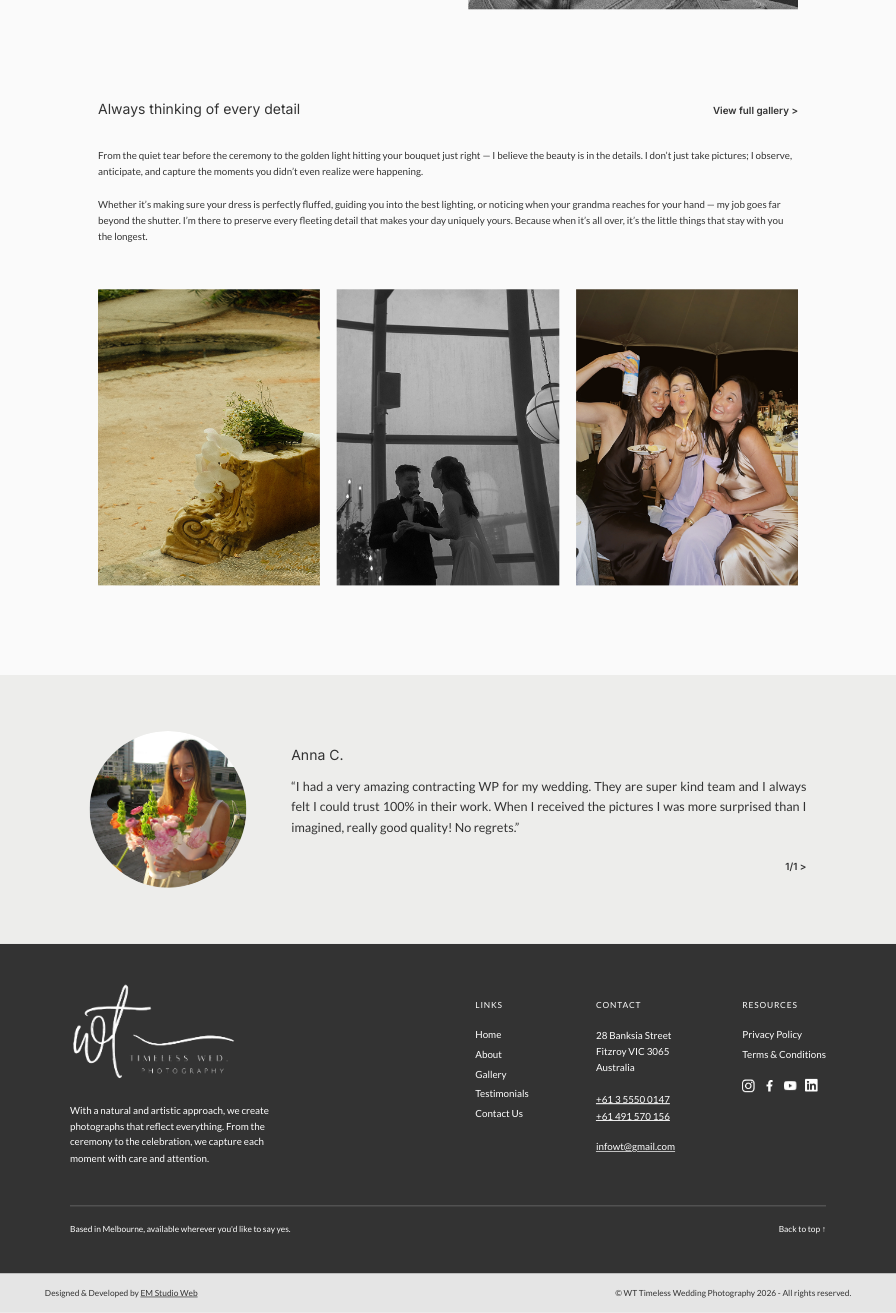
Repository: eduarda-magnago/wt-photography
Page: /
The author's editor kept a copy of each file at every save. The page is drawn from the files as they stood at one save, then again after the next save.
The browser window is 1280 px wide. The pictures show the part of the page from y = 1945 to 3865 px (the page is 3821 px tall before and 3865 px after), at 70% of full size.
Some web fonts or font styles are not loaded; a fallback is used. The project was rebuilt for these pictures with package versions that can differ from the ones it lists, and the page was loaded fresh each time. The framework's server and built-in components were replaced by stand-ins that run in the browser. Also part of the build but not shown: next.config.ts.

Above is the page before, as saved 2026-10-15 12:49:41.

### app/layout.tsx
import type { Metadata } from "next";
import { Inter, Lato, Cormorant_SC } from "next/font/google";
import Header from "@/components/layout/header";
import Footer from "@/components/layout/footer";
import "./globals.css";

const inter = Inter({
  subsets: ["latin"],
  variable: "--font-inter",
});

const lato = Lato({
  subsets: ["latin"],
  weight: ["300", "400", "700"],
  variable: "--font-lato",
});

const cormorant = Cormorant_SC({
  subsets: ["latin"],
  weight: ["300", "400", "500"],
  variable: "--font-cormorant",
});

export const metadata: Metadata = {
  title: "WT Timeless Photography",
  description: "Timeless wedding photography",
};

export default function RootLayout({
  children,
}: {
  children: React.ReactNode;
}) {
  return (
    <html
      lang="en"
      className={`${inter.variable} ${lato.variable} ${cormorant.variable}`}
    >
      <body className="font-sans antialiased">
        <Header />
        <main>{children}</main>
        <Footer />
      </body>
    </html>
  );
}

### app/page.tsx
import Hero from "@/components/hero";
import Intro from "@/components/home/intro";
import About from "@/components/home/about";
import Details from "@/components/home/details";
import Testimonials from "@/components/home/testimonials";
import Reveal from "@/components/reveal";

export default function Home() {
  return (
    <>
      <Hero
        eyebrow="Timeless Wedding Photography"
        title="Capturing the essence of your treasured moments"
        image="/img/hero-bg.jpg"
      />
      <Reveal>
        <Intro />
      </Reveal>
      <Reveal>
        <About />
      </Reveal>
      <Reveal>
        <Details />
      </Reveal>
      <Reveal>
      <Testimonials />
      </Reveal>
    </>
  );
}

### components/layout/header.tsx
"use client";

import { useState } from "react";
import Image from "next/image";
import Link from "next/link";

const navLinks = [
  { label: "Home", href: "/" },
  { label: "About me", href: "/#about" },
  { label: "Gallery", href: "/#gallery" },
  { label: "Testimonials", href: "/#testimonials" },
  { label: "Contact Us", href: "/contact#contact-form" },
];

export default function Header() {
  const [open, setOpen] = useState(false);

  return (
    <header className="absolute inset-x-0 top-0 z-30">
      <div className="flex items-start justify-between px-6 py-8 md:px-14">
        <ul className="flex items-center gap-3">
          <li>
            <a
              href="#"
              aria-label="Instagram"
              className="relative block h-[19px] w-[18px] transition-opacity hover:opacity-70"
            >
              <Image
                src="/img/instagram.png"
                alt=""
                fill
                sizes="18px"
                className="object-contain"
              />
            </a>
          </li>
          <li>
            <a
              href="#"
              aria-label="Facebook"
              className="relative block h-[18px] w-[18px] transition-opacity hover:opacity-70"
            >
              <Image
                src="/img/facebook.png"
                alt=""
                fill
                sizes="18px"
                className="object-contain"
              />
            </a>
          </li>
          <li>
            <a
              href="#"
              aria-label="YouTube"
              className="relative block h-[18px] w-[18px] transition-opacity hover:opacity-70"
            >
              <Image
                src="/img/youtube.png"
                alt=""
                fill
                sizes="18px"
                className="object-contain"
              />
            </a>
          </li>
          <li>
            <a
              href="#"
              aria-label="LinkedIn"
              className="relative block h-[18px] w-[18px] transition-opacity hover:opacity-70"
            >
              <Image
                src="/img/linkedin.png"
                alt=""
                fill
                sizes="18px"
                className="object-contain"
              />
            </a>
          </li>
        </ul>

        <button
          type="button"
          onClick={() => setOpen(true)}
          aria-label="Open menu"
          className="relative block h-6 w-9 transition-opacity hover:opacity-70"
        >
          <Image
            src="/img/menu.png"
            alt=""
            fill
            sizes="36px"
            className="object-contain"
          />
        </button>
      </div>

      {open && (
        <div className="fixed inset-0 z-40 flex items-center justify-center bg-ink/95">
          <button
            type="button"
            onClick={() => setOpen(false)}
            aria-label="Close menu"
            className="absolute right-6 top-8 text-3xl text-white md:right-14"
          >
            ✕
          </button>
          <nav>
            <ul className="flex flex-col items-center gap-8">
              {navLinks.map((link) => (
                <li key={link.label}>
                  <Link
                    href={link.href}
                    onClick={() => setOpen(false)}
                    className="font-heading text-2xl text-white"
                  >
                    {link.label}
                  </Link>
                </li>
              ))}
            </ul>
          </nav>
        </div>
      )}
    </header>
  );
}

### components/layout/footer.tsx
import Image from "next/image";
import Link from "next/link";

const exploreLinks = [
  { label: "Home", href: "/" },
  { label: "About", href: "/#about" },
  { label: "Gallery", href: "/#gallery" },
  { label: "Testimonials", href: "/#testimonials" },
  { label: "Contact Us", href: "/contact#contact-form" },
];

const headingClass = "mb-6 text-xs uppercase tracking-widest";

export default function Footer() {
  return (
    <footer>
      <div className="bg-ink px-6 py-12 text-sm text-white md:px-25 md:py-14">
        <div className="mx-auto max-w-[1600px]">
          <div className="grid gap-12 md:grid-cols-[1fr_auto_auto_auto] md:gap-24">
            <div>
              <Image
                src="/img/logo.png"
                alt="WT Timeless Photography"
                width={240}
                height={110}
              />
              <p className="mt-6 max-w-xs leading-relaxed md:mt-8">
                With a natural and artistic approach, we create photographs
                that reflect everything. From the ceremony to the celebration,
                we capture each moment with care and attention.
              </p>
            </div>

            <div className="md:pt-6">
              <h3 className={headingClass}>Links</h3>
              <ul className="space-y-2">
                {exploreLinks.map((link) => (
                  <li key={link.label}>
                    <Link href={link.href}>{link.label}</Link>
                  </li>
                ))}
              </ul>
            </div>

            <div className="md:pt-6">
              <h3 className={headingClass}>Contact</h3>
              <address className="not-italic leading-relaxed">
                28 Banksia Street
                <br />
                Fitzroy VIC 3065
                <br />
                Australia
              </address>
              <div className="mt-6 flex flex-col gap-1 underline">
                <a href="tel:+61355500147">+61 3 5550 0147</a>
                <a href="tel:+61491570156">+61 491 570 156</a>
              </div>
              <a
                href="mailto:infowt@gmail.com"
                className="mt-6 block underline"
              >
                infowt@gmail.com
              </a>
            </div>

            <div className="md:pt-6">
              <h3 className={headingClass}>Resources</h3>
              <ul className="space-y-2">
                <li>
                  <a href="#">Privacy Policy</a>
                </li>
                <li>
                  <a href="#">Terms &amp; Conditions</a>
                </li>
              </ul>
              <ul className="mt-6 flex items-center gap-3">
                <li>
                  <a
                    href="#"
                    aria-label="Instagram"
                    className="transition-opacity hover:opacity-70"
                  >
                    <Image src="/img/instagram.png" alt="" width={18} height={18} />
                  </a>
                </li>
                <li>
                  <a
                    href="#"
                    aria-label="Facebook"
                    className="relative block h-[18px] w-[18px] transition-opacity hover:opacity-70"
                  >
                    <Image
                      src="/img/facebook.png"
                      alt=""
                      fill
                      sizes="18px"
                      className="object-contain"
                    />
                  </a>
                </li>
                <li>
                  <a
                    href="#"
                    aria-label="YouTube"
                    className="transition-opacity hover:opacity-70"
                  >
                    <Image src="/img/youtube.png" alt="" width={18} height={18} />
                  </a>
                </li>
                <li>
                  <a
                    href="#"
                    aria-label="LinkedIn"
                    className="transition-opacity hover:opacity-70"
                  >
                    <Image src="/img/linkedin.png" alt="" width={18} height={18} />
                  </a>
                </li>
              </ul>
            </div>
          </div>

          <div className="mt-14 flex flex-col gap-3 border-t border-white/30 pt-6 text-xs md:flex-row md:items-center md:justify-between">
            <p>
              Based in Melbourne, available wherever you&apos;d like to say yes.
            </p>
            <a href="#" className="transition-opacity hover:opacity-70">
              Back to top &uarr;
            </a>
          </div>
        </div>
      </div>

      <div className="bg-neutral-200 px-6 py-5 text-xs text-ink md:px-16">
        <div className="mx-auto flex max-w-[1600px] flex-col gap-2 md:flex-row md:justify-between">
          <p>
            Designed &amp; Developed by{" "}
            <a
              href="https://www.instagram.com/webstudio.em"
              target="_blank"
              rel="noopener noreferrer"
              className="underline"
            >
              EM Studio Web
            </a>
          </p>
          <p>© WT Timeless Wedding Photography 2026 - All rights reserved.</p>
        </div>
      </div>
    </footer>
  );
}

### app/globals.css
@import "tailwindcss";

@theme inline {
  --font-sans: var(--font-lato);
  --font-heading: var(--font-inter);
  --font-hero: var(--font-cormorant);

  --color-ink: #333333;
  --color-sand: #ededeb;
  --color-paper: #fafafa;
  --color-blush: #f4e6dc;
}

html {
  scroll-behavior: smooth;
}

body {
  background: var(--color-paper);
  color: var(--color-ink);
}

### components/hero.tsx
import Image from "next/image";
import Link from "next/link";

type HeroProps = {
  eyebrow: string;
  title: string;
  image: string;
  ctaLabel?: string;
  ctaHref?: string;
};

export default function Hero({
  eyebrow,
  title,
  image,
  ctaLabel = "Explore our gallery",
  ctaHref = "/#gallery",
}: HeroProps) {
  return (
    <section className="relative flex h-[70vh] min-h-[715px] items-center justify-center overflow-hidden">
      <Image
        src="/img/hero.png"
        alt=""
        fill
        priority
        sizes="100vw"
        className="object-cover"
      />
      <div className="absolute inset-0 bg-black/5" />
      <div className="relative z-10 flex max-w-3xl flex-col items-center px-6 text-center text-white">
        <p className="mb-4 text-sm">{eyebrow}</p>
        <h1 className="font-hero text-5xl capitalize leading-[0.75] md:text-7xl">
          {title}
        </h1>
        <Link
          href={ctaHref}
          className="mt-8 border-b border-white pb-1 text-xs uppercase tracking-wider"
        >
          {ctaLabel}
        </Link>
      </div>
    </section>
  );
}

### components/home/intro.tsx
export default function Intro() {
  return (
    <section className="bg-sand px-6 py-22 md:py-25">
      <p className="mx-auto max-w-3xl text-justify text-xl leading-relaxed md:text-2xl">
        Your love story is one of a kind, filled with genuine emotions,
        meaningful details, and unforgettable moments. Our passion is to
        preserve those fleeting seconds and transform them into timeless images
        that you will cherish for a lifetime.
      </p>
    </section>
  );
}

### components/home/about.tsx
import Image from "next/image";

export default function About() {
  return (
    <section id="about" className="bg-paper px-6 py-24 md:px-14 md:py-32">
      <div className="mx-auto grid max-w-[1000px] items-center gap-12 md:grid-cols-[435fr_500fr] md:gap-x-12 xl:gap-x-[120px]">
        <div>
          <h2 className="font-heading text-[20px]">Meet the photographer</h2>

          <div className="mt-6 space-y-7 text-justify text-base leading-6">
            <p>
              Hi, I’m Emily Rose. I’m a wedding photographer based in
              California, passionate about telling love stories through my
              lens. What began as a love for capturing small, quiet moments has
              grown into a career built on trust, emotion, and the art of
              honest storytelling.
            </p>
            <p>
              With over 6 years of experience, I specialize in natural,
              documentary-style photography that focuses on genuine connection
              — not stiff poses. I believe the best photos are the ones where
              you forget the camera is even there.
            </p>
            <p>
              Beyond photography, I’m a calm presence on a whirlwind day. From
              fixing veils to finding the best light, I’m there to make your
              experience effortless and enjoyable. My clients often say I felt
              like a friend with a camera — and that’s the greatest compliment
              I could ask for.
            </p>
            <p>
              Let’s create something timeless together — photos you’ll look at
              30 years from now and still feel everything.
            </p>
          </div>
        </div>

        <div className="relative aspect-[619/855] w-full md:aspect-[619/1000]">
          <Image
            src="/img/about.png"
            alt="Wedding photographer picture"
            fill
            sizes="(min-width: 1280px) 500px, (min-width: 768px) 50vw, 100vw"
            className="object-cover"
          />
        </div>
      </div>
    </section>
  );
}

### components/home/details.tsx
import Image from "next/image";
import Link from "next/link";

const photos = [
  { src: "/img/detail1.png", alt: "Bouquet resting on a golden ornament" },
  { src: "/img/detail2.png", alt: "Couple dancing by a large window" },
  { src: "/img/detail3.png", alt: "Bridesmaids laughing together" },
];

export default function Details() {
  return (
    <section id="gallery" className="bg-paper px-6 pb-24 md:px-14 md:pb-32">
      <div className="mx-auto max-w-[1000px]">
        <div className="flex items-baseline justify-between">
          <h2 className="font-heading text-[20px]">
            Always thinking of every detail
          </h2>
          <Link href="/#gallery" className="font-heading text-sm font-semibold">
            View full gallery &gt;
          </Link>
        </div>

        <div className="mt-10 space-y-6 text-sm leading-relaxed">
          <p>
            From the quiet tear before the ceremony to the golden light hitting
            your bouquet just right — I believe the beauty is in the details. I
            don’t just take pictures; I observe, anticipate, and capture the
            moments you didn’t even realize were happening.
          </p>
          <p>
            Whether it’s making sure your dress is perfectly fluffed, guiding
            you into the best lighting, or noticing when your grandma reaches
            for your hand — my job goes far beyond the shutter. I’m there to
            preserve every fleeting detail that makes your day uniquely yours.
            Because when it’s all over, it’s the little things that stay with
            you the longest.
          </p>
        </div>

        <div className="mt-16 grid gap-6 md:grid-cols-3">
          {photos.map((photo) => (
            <div key={photo.src} className="relative aspect-[3/4]">
              <Image
                src={photo.src}
                alt={photo.alt}
                fill
                sizes="(min-width: 768px) 33vw, 100vw"
                className="object-cover"
              />
            </div>
          ))}
        </div>
      </div>
    </section>
  );
}

### components/home/testimonials.tsx
"use client";

import { useState } from "react";
import Image from "next/image";

const testimonials = [
  {
    name: "Anna C.",
    image: "/img/testimonial.png",
    quote:
      "I had a very amazing contracting WP for my wedding. They are super kind team and I always felt I could trust 100% in their work. When I received the pictures I was more surprised than I imagined, really good quality! No regrets.",
  },
];

export default function Testimonials() {
  const [index, setIndex] = useState(0);
  const current = testimonials[index];

  function next() {
    setIndex((prev) => (prev + 1) % testimonials.length);
  }

  return (
    <section id="testimonials" className="bg-sand px-6 py-20 md:px-14">
      <div className="mx-auto grid max-w-5xl items-center gap-10 md:grid-cols-[auto_1fr] md:gap-16">
        <div className="relative h-48 w-48 overflow-hidden rounded-full md:h-56 md:w-56">
          <Image
            src={current.image}
            alt={current.name}
            fill
            sizes="224px"
            className="object-cover"
          />
        </div>

        <div>
          <h3 className="font-heading text-xl">{current.name}</h3>
          <blockquote className="mt-4 text-justify text-lg leading-relaxed">
            “{current.quote}”
          </blockquote>
          <button
            type="button"
            onClick={next}
            className="font-heading mt-8 ml-auto block text-sm font-semibold"
          >
            {index + 1}/{testimonials.length} &gt;
          </button>
        </div>
      </div>
    </section>
  );
}

### components/reveal.tsx
"use client";

import { useEffect, useRef, useState, type ReactNode } from "react";

type RevealProps = {
  children: ReactNode;
  className?: string;
  delay?: number;
};

export default function Reveal({
  children,
  className = "",
  delay = 0,
}: RevealProps) {
  const ref = useRef<HTMLDivElement>(null);
  const [visible, setVisible] = useState(false);

  useEffect(() => {
    const el = ref.current;
    if (!el) return;

    const observer = new IntersectionObserver(
      ([entry]) => {
        setVisible(entry.isIntersecting);
      },
      { threshold: 0.15, rootMargin: "0px 0px -5% 0px" }
    );

    observer.observe(el);
    return () => observer.disconnect();
  }, []);

  return (
    <div
      ref={ref}
      style={{ transitionDelay: `${delay}ms` }}
      className={`transition-all duration-700 ease-out motion-reduce:transition-none ${
        visible ? "translate-y-0 opacity-100" : "translate-y-8 opacity-0"
      } ${className}`}
    >
      {children}
    </div>
  );
}

After the next save:
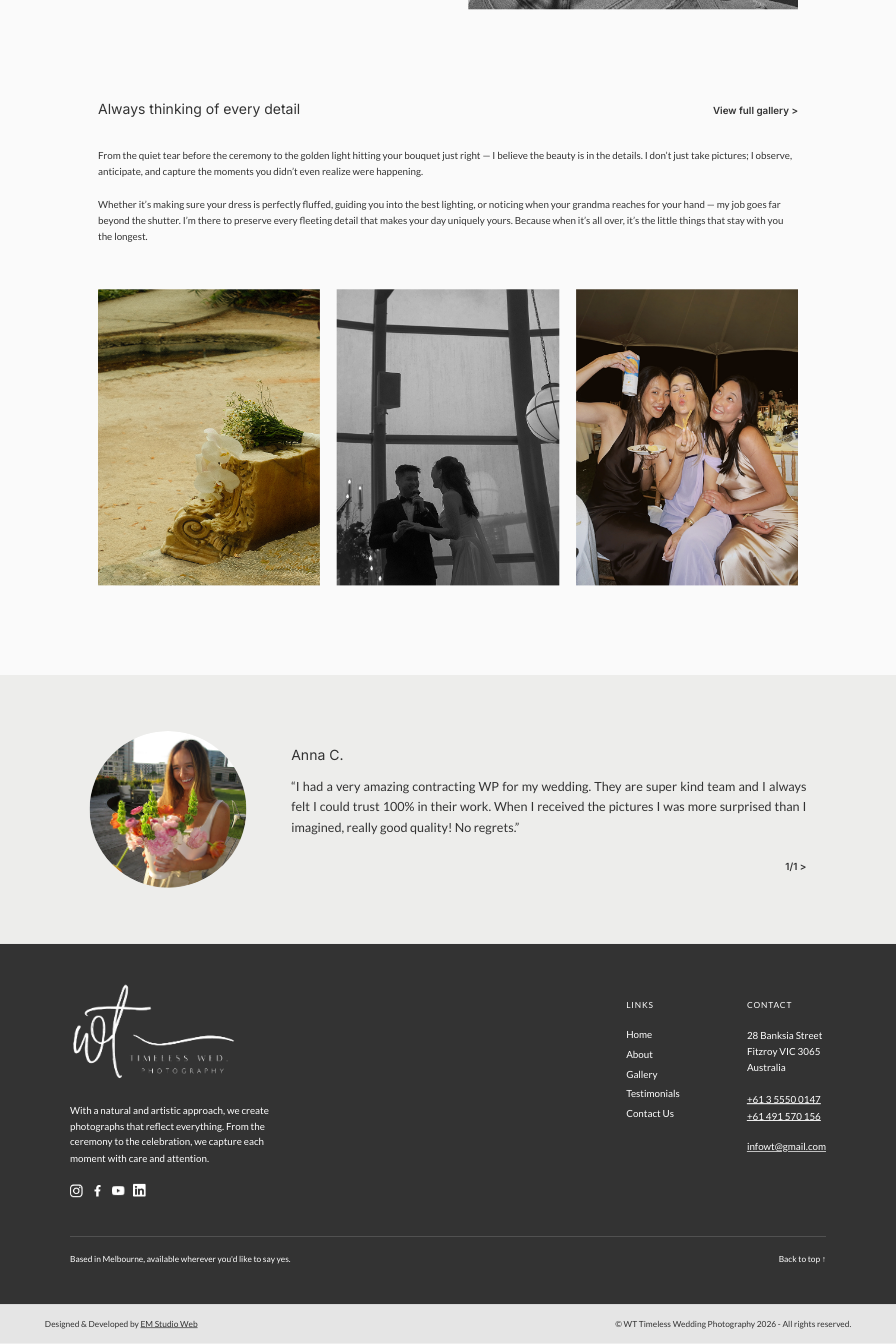
Saved 10 min 6 s later.
--- a/components/layout/footer.tsx
+++ b/components/layout/footer.tsx
@@ -16,7 +16,7 @@ export default function Footer() {
     <footer>
       <div className="bg-ink px-6 py-12 text-sm text-white md:px-25 md:py-14">
         <div className="mx-auto max-w-[1600px]">
-          <div className="grid gap-12 md:grid-cols-[1fr_auto_auto_auto] md:gap-24">
+          <div className="grid gap-12 md:grid-cols-[1fr_auto_auto] md:gap-24">
             <div>
               <Image
                 src="/img/logo.png"
@@ -29,50 +29,6 @@ export default function Footer() {
                 that reflect everything. From the ceremony to the celebration,
                 we capture each moment with care and attention.
               </p>
-            </div>
-
-            <div className="md:pt-6">
-              <h3 className={headingClass}>Links</h3>
-              <ul className="space-y-2">
-                {exploreLinks.map((link) => (
-                  <li key={link.label}>
-                    <Link href={link.href}>{link.label}</Link>
-                  </li>
-                ))}
-              </ul>
-            </div>
-
-            <div className="md:pt-6">
-              <h3 className={headingClass}>Contact</h3>
-              <address className="not-italic leading-relaxed">
-                28 Banksia Street
-                <br />
-                Fitzroy VIC 3065
-                <br />
-                Australia
-              </address>
-              <div className="mt-6 flex flex-col gap-1 underline">
-                <a href="tel:+61355500147">+61 3 5550 0147</a>
-                <a href="tel:+61491570156">+61 491 570 156</a>
-              </div>
-              <a
-                href="mailto:infowt@gmail.com"
-                className="mt-6 block underline"
-              >
-                infowt@gmail.com
-              </a>
-            </div>
-
-            <div className="md:pt-6">
-              <h3 className={headingClass}>Resources</h3>
-              <ul className="space-y-2">
-                <li>
-                  <a href="#">Privacy Policy</a>
-                </li>
-                <li>
-                  <a href="#">Terms &amp; Conditions</a>
-                </li>
-              </ul>
               <ul className="mt-6 flex items-center gap-3">
                 <li>
                   <a
@@ -118,6 +74,38 @@ export default function Footer() {
                 </li>
               </ul>
             </div>
+
+            <div className="md:pt-6">
+              <h3 className={headingClass}>Links</h3>
+              <ul className="space-y-2">
+                {exploreLinks.map((link) => (
+                  <li key={link.label}>
+                    <Link href={link.href}>{link.label}</Link>
+                  </li>
+                ))}
+              </ul>
+            </div>
+
+            <div className="md:pt-6">
+              <h3 className={headingClass}>Contact</h3>
+              <address className="not-italic leading-relaxed">
+                28 Banksia Street
+                <br />
+                Fitzroy VIC 3065
+                <br />
+                Australia
+              </address>
+              <div className="mt-6 flex flex-col gap-1 underline">
+                <a href="tel:+61355500147">+61 3 5550 0147</a>
+                <a href="tel:+61491570156">+61 491 570 156</a>
+              </div>
+              <a
+                href="mailto:infowt@gmail.com"
+                className="mt-6 block underline"
+              >
+                infowt@gmail.com
+              </a>
+            </div>
           </div>
 
           <div className="mt-14 flex flex-col gap-3 border-t border-white/30 pt-6 text-xs md:flex-row md:items-center md:justify-between">
